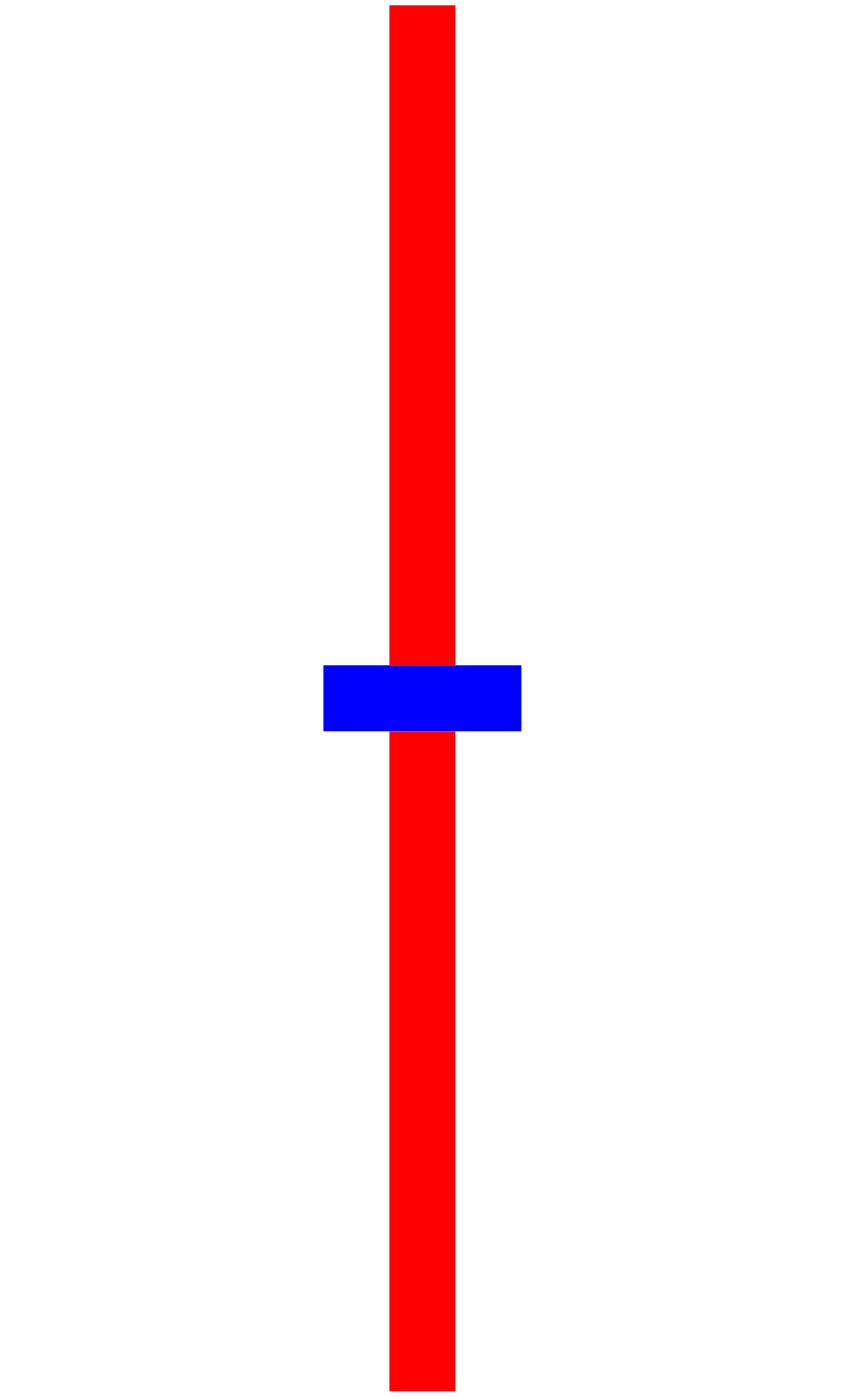
Repository: HuangHhuang/LeetCode
Page: 图片按需加载思路.html
An editor plug-in stored every save of this project. The page is shown before and after the next save, followed by the edit.
The browser window is 1280 px wide. The pictures show the whole page, at 66% of full size.

Above is the page before, as saved 2021-11-04 20:22:26.

After the next save:
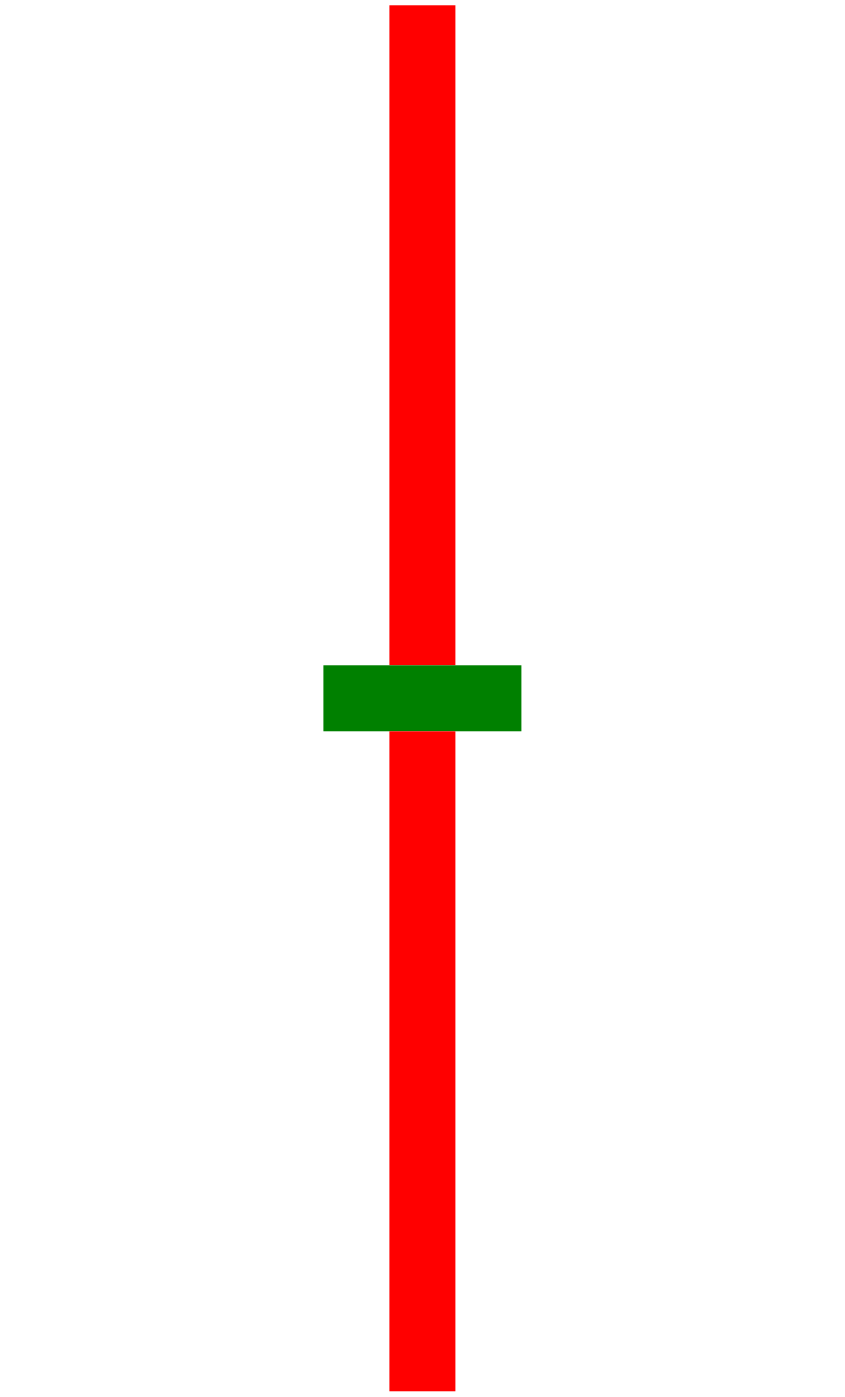
Saved 2 min 33 s later.
--- a/图片按需加载思路.html
+++ b/图片按需加载思路.html
@@ -30,6 +30,9 @@
             var all = div.getBoundingClientRect();
             var totalH = document.body.clientHeight
             console.log(all.top)
+            if((all.top + 100) < totalH) {
+                div.style.backgroundColor = "green"
+            }
         }
     </script>
 </body>
